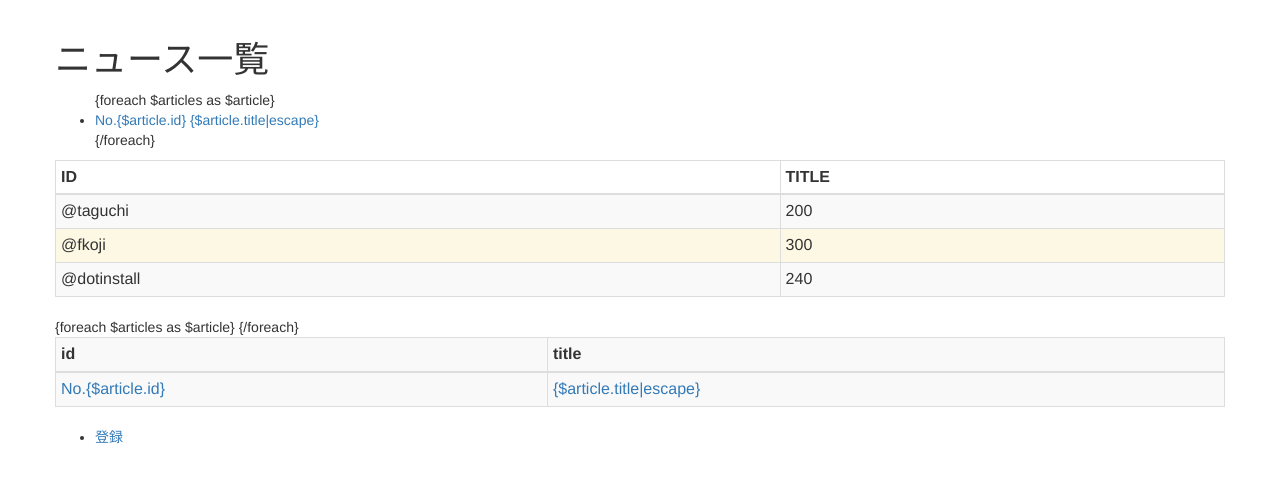
Repository: misakitaro/news-php-20160704-cl9
Page: templates/index.html
The author's editor kept a record of every edit. The page is drawn from the files as they stood at one moment, then again after the next edit.
The browser window is 1280 px wide. The pictures show the whole page.

Above is the page before.

### templates/index.html
<html lang="ja">

<head>
  <meta charset="utf-8">
  <title>ニュース</title>
  <!-- Latest compiled and minified CSS -->
  <link rel="stylesheet" href="https://maxcdn.bootstrapcdn.com/bootstrap/3.3.6/css/bootstrap.min.css" integrity="sha384-1q8mTJOASx8j1Au+a5WDVnPi2lkFfwwEAa8hDDdjZlpLegxhjVME1fgjWPGmkzs7" crossorigin="anonymous">
  <!-- Optional theme -->
  <link rel="stylesheet" href="https://maxcdn.bootstrapcdn.com/bootstrap/3.3.6/css/bootstrap-theme.min.css" integrity="sha384-fLW2N01lMqjakBkx3l/M9EahuwpSfeNvV63J5ezn3uZzapT0u7EYsXMjQV+0En5r" crossorigin="anonymous">
</head>

<body>
  <div class="container" style="padding:20px 0">
    <h1>ニュース一覧</h1>
    <ul>
      {foreach $articles as $article}
      <li><a href="view.php?id={$article.id}">No.{$article.id} {$article.title|escape}</a></li>
      {/foreach}
    </ul>

    <table class="table table-striped table-bordered table-hover table-condensed">
      <thead>
        <tr>
          <th>ID</th>
          <th>TITLE</th>
        </tr>
      </thead>
      <tbody>
        <tr>
          <td>@taguchi</td>
          <td>200</td>
        </tr>
        <tr class="warning">
          <td>@fkoji</td>
          <td>300</td>
        </tr>
        <tr>
          <td>@dotinstall</td>
          <td>240</td>
        </tr>
      </tbody>
    </table>

    <table class="table table-striped table-bordered table-hover table-condensed">
      <thread>
        <tr>
          <th>id</th>
          <th>title</th>
        </tr>
      </thread>
      <tbody>
        {foreach $articles as $article}
        <tr>
          <td><a href="view.php?id={$article.id}">No.{$article.id}</a></td>
          <td><a href="view.php?id={$article.id}"> {$article.title|escape}</a></td>
        </tr>
        {/foreach}
      </tbody>
    </table>

      <ul>
        <li><a href="regist_form.php">登録</a></li>
      </ul>
  </div>
  <!-- jquery -->
  <script src="http://code.jquery.com/jquery.js"></script>
  <!-- Latest compiled and minified JavaScript -->
  <script src="https://maxcdn.bootstrapcdn.com/bootstrap/3.3.6/js/bootstrap.min.js" integrity="sha384-0mSbJDEHialfmuBBQP6A4Qrprq5OVfW37PRR3j5ELqxss1yVqOtnepnHVP9aJ7xS" crossorigin="anonymous"></script>
</body>

</html>

After the next edit:
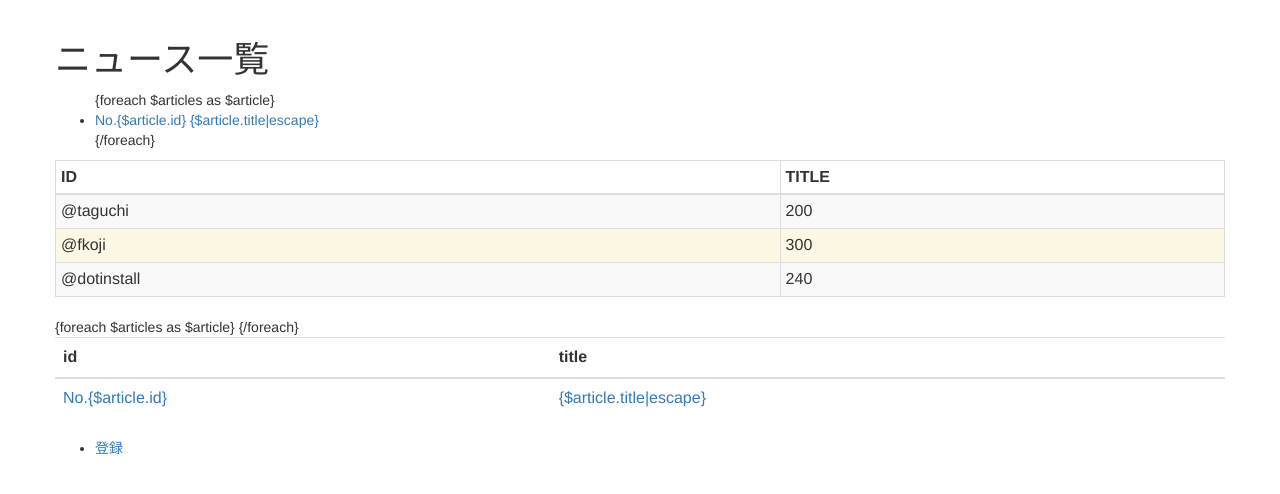
The edit:
--- a/templates/index.html
+++ b/templates/index.html
@@ -41,7 +41,7 @@
       </tbody>
     </table>
 
-    <table class="table table-striped table-bordered table-hover table-condensed">
+    <table class="table">
       <thread>
         <tr>
           <th>id</th>
